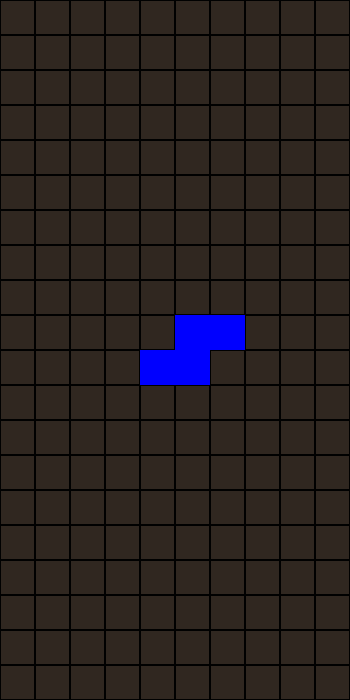
Repository: lucacdev/Tetris
Script's output: python main.py
These files come from the project's save history. The script's output is drawn as it stood at one moment and after the next save; the edit follows.
The window is shown after at most 60 frames with no key pressed. Random numbers start from a fixed seed.

Above is the script's output before, as saved 2024-02-29 18:39:40.

After the next save:
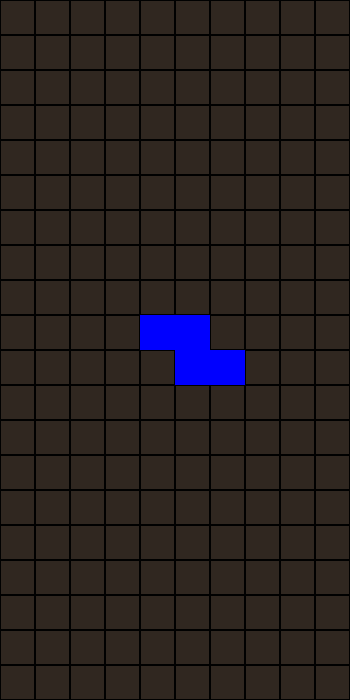
Saved 8 s later.
--- a/tetromino.py
+++ b/tetromino.py
@@ -15,7 +15,7 @@
 class Tetromino:
     def __init__(self, tetris):
         self.tetris = tetris
-        self.shape = 'S'
+        self.shape = 'Z'
         self.blocks = [Block(self, pos) for pos in TETROMINOES[self.shape]]
 
     def update(self):
